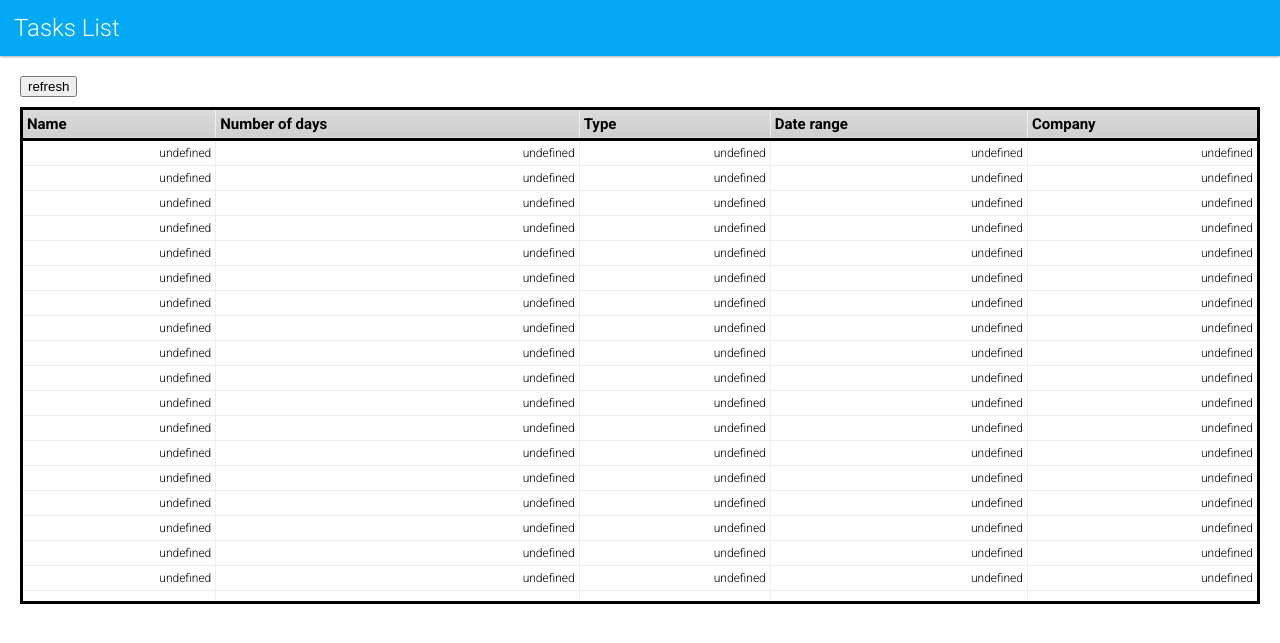
Repository: Megan74/Test-Vanilla-JS
Page: index.html
These files come from the project's save history. The page is drawn as it stood at one moment and after the next save; the edit follows.
The browser window is 1280 px wide. The pictures show the whole page.

Above is the page before, as saved 2022-06-26 19:18:07.

After the next save:
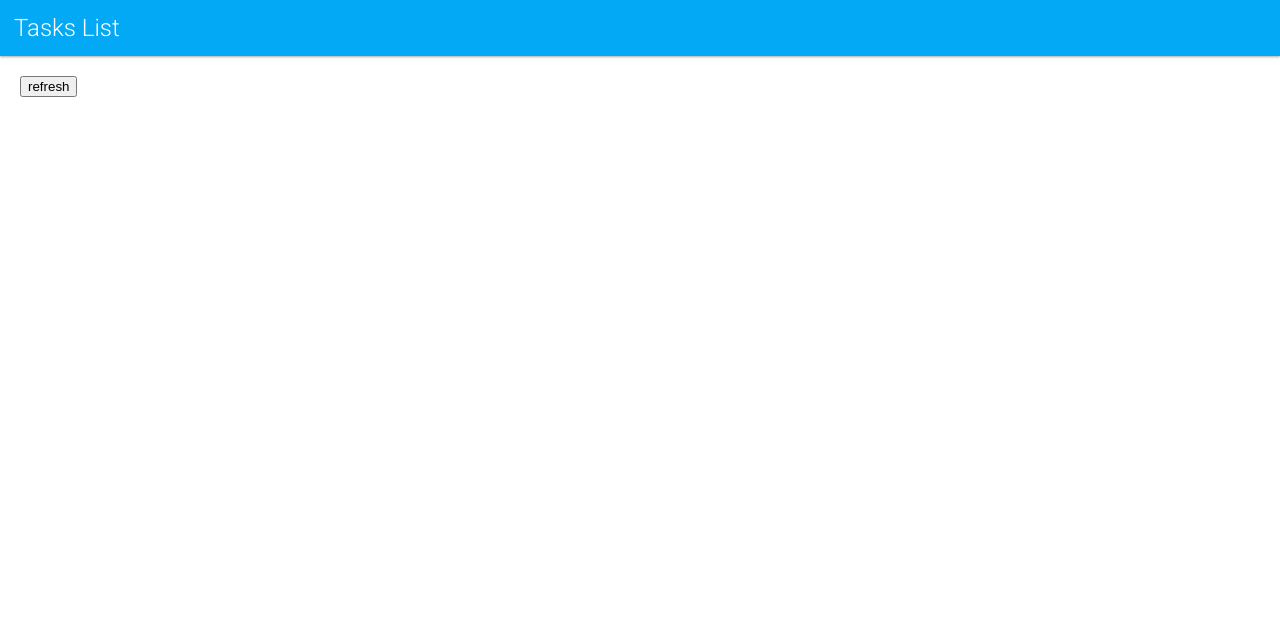
Not found: js/_components
Saved 43 s later.
--- a/js/main.js
+++ b/js/main.js
@@ -1,3 +1,4 @@
+import TasksTableComponent from './_components'
 
 (function (window, document) {
 

After the 4 saves that followed:
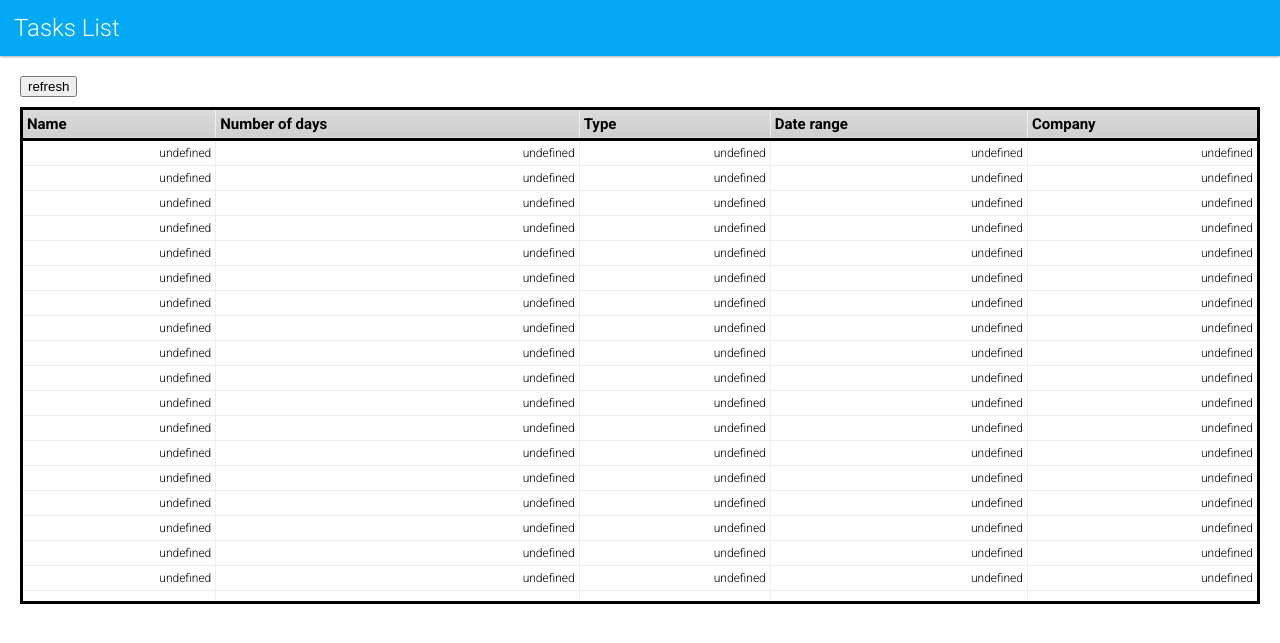
The 4 saves are shown as one change because 3 left the picture as it was.
The last was saved 117 s later.
--- a/js/_components/tasks-table.component.js
+++ b/js/_components/tasks-table.component.js
@@ -168,5 +168,3 @@ window.TasksTableComponent = (function (window) {
     };
 
 })(window)
-
-export default TasksTableComponent;
--- a/js/main.js
+++ b/js/main.js
@@ -1,4 +1,4 @@
-import TasksTableComponent from './_components'
+
 
 (function (window, document) {
 
